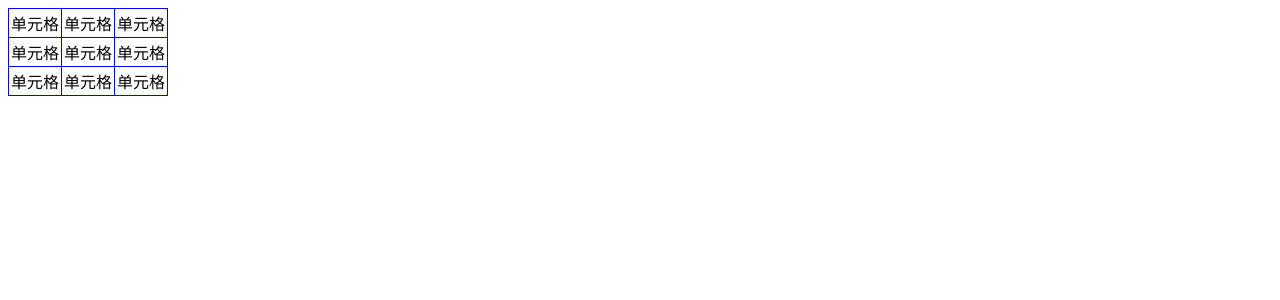
Repository: yuanliumaker/html-css-js
Page: css/表格属性.html
An editor plug-in stored every save of this project. The page is shown before and after the next save, followed by the edit.
The browser window is 1280 px wide. The pictures show the whole page.

Above is the page before, as saved 2025-08-31 15:38:36.

After the next save:
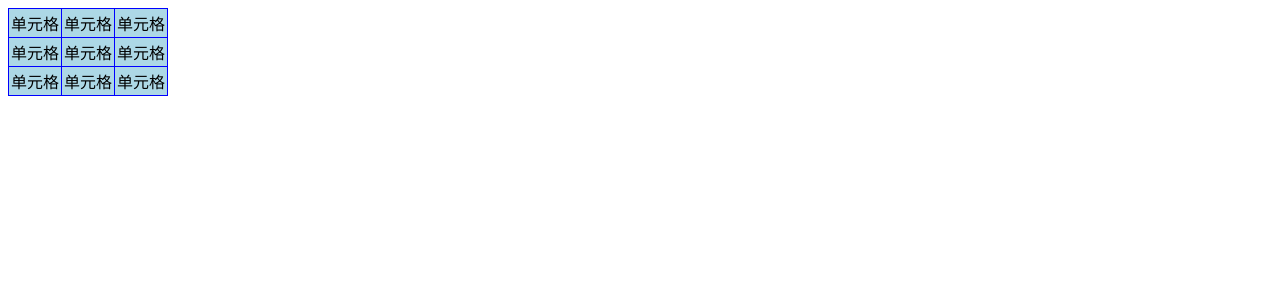
Saved 114 s later.
--- a/css/表格属性.html
+++ b/css/表格属性.html
@@ -24,9 +24,11 @@
             text-align: center; /* 水平对齐方式 left center right */
             /* vertical-align: middle; 垂直对齐方式 top middle bottom */
         }
-        /* 表格填充 控制表格中的文本与边框之间的距离 有了padding 就不再需要设置表格的宽度和高度*/
+        /* 表格填充 控制表格中的文本与边框之间的距离 有了padding 就不再需要设置表格的宽度和高度
+        以及设置表格的背景颜色*/
         td{
             padding: 2px; /* 上右下左 */
+            background-color: lightblue;
         }
     </style>
 </head>
